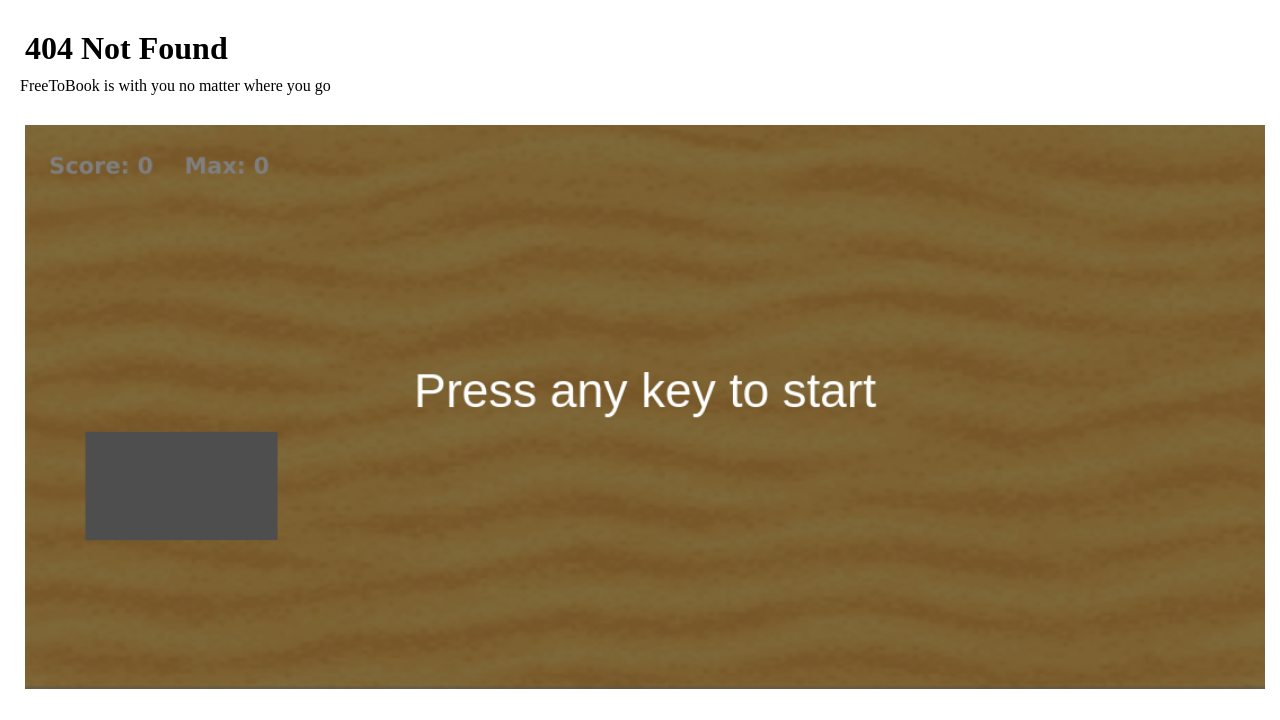
Repository: btgoo/game
Page: car.html
These files come from the project's save history. The page is drawn as it stood at one moment and after a run of saves; the edit follows.
The browser window is 1280 px wide. The pictures show the whole page.

Above is the page before, as saved 2025-10-26 03:08:45.

### car.html
<!DOCTYPE html>
<script src="carscript.js" defer type="module"></script>
<link rel="stylesheet" href="car_style.css">
<html lang="en">
<head>
    <meta charset="UTF-8">
    <meta http-equiv="X-UA-Compatible" content="IE=edge" />
    <meta name="viewport" content="width=device-width, initial-scale=1.0">
    <title>CarGo</title>
</head>
<body>
    <h1>404 Not Found</h1>
    FreeToBook is with you no matter where you go
    <p id="demo"></p>
    <canvas id="game">
    </canvas>
</body>
 </html>

### carscript.js
const canvas = document.getElementById("game");
const ctx = canvas.getContext("2d");

const GAME_WIDTH = 1200;
const GAME_HEIGHT = 600;
const PLAYER_WIDTH = 160;
const PLAYER_HEIGHT = 90;
const CACTI_WIDTH = 78;
const CACTI_Height = 90;

const NUM_LANES = 5;

const obstacleData = [
    {src: "./assets/car_images/cactus_1.png", width:CACTI_WIDTH, height:CACTI_WIDTH},
    {src: "./assets/car_images/cactus_2.png", width:CACTI_WIDTH, height:CACTI_Height},
    {src: "./assets/car_images/cactus_3.png", width:CACTI_WIDTH, height:CACTI_Height},
    {src: "./assets/car_images/cactus_1.png", width:CACTI_WIDTH, height:CACTI_WIDTH},
    {src: "./assets/car_images/cactus_2.png", width:CACTI_WIDTH, height:CACTI_Height},
    {src: "./assets/car_images/cactus_3.png", width:CACTI_WIDTH, height:CACTI_Height},
    {src: "./assets/car_images/tumbleweed.png", width:CACTI_WIDTH, height:CACTI_WIDTH},
    {src: "./assets/car_images/red_car.png", width:PLAYER_WIDTH, height:PLAYER_HEIGHT},
    {src: "./assets/car_images/green_car.png", width:PLAYER_WIDTH, height:PLAYER_HEIGHT},
];

let obstacleImgs = [];
obstacleData.forEach(data => {
    const img = new Image();
    img.src = data.src;
    img.width = data.width;
    img.height = data.height;
    obstacleImgs.push(img);
});

const explosionImg = new Image();
explosionImg.src = "./assets/car_images/explosion_sprite.png";

let explosions = [];

let scaleRatio = null;
let backgroundX = 0;
let gameSpeed = 3;
let speedIncreaseRate = 0.0001;

let gameRunning = false;
let gameOver = false;

let score = 0;
let maxScore = 0;

let car = {
    x: GAME_WIDTH / 24,
    width: PLAYER_WIDTH,
    height: PLAYER_HEIGHT,
    lane: 2,
};

let obstacles = [];
let obstacleTimer = 0;
let obstacleInterval = 80;
let lanes = [];

function setupLanes() {
    const laneHeight = GAME_HEIGHT / NUM_LANES;
    lanes = [];
    for (let i = 0; i < NUM_LANES; i++) {
        lanes.push(laneHeight * i + (laneHeight - car.height) / 2);
    }
    car.y = lanes[car.lane];
}

function getScaleRatio() {
    const screenHeight = Math.min(window.innerHeight, document.documentElement.clientHeight);
    const screenWidth = Math.min(window.innerWidth, document.documentElement.clientWidth);

    if (screenWidth / screenHeight < GAME_WIDTH / GAME_HEIGHT) {
        return screenWidth / GAME_WIDTH;
    } else {
        return screenHeight / GAME_HEIGHT;
    }
}

function setScreen() {
    scaleRatio = getScaleRatio();
    if ((GAME_WIDTH*scaleRatio) < GAME_WIDTH && (GAME_HEIGHT*scaleRatio) < GAME_HEIGHT){
        canvas.width = GAME_WIDTH * scaleRatio;
        canvas.height = GAME_HEIGHT * scaleRatio;
        } else {
        canvas.width = GAME_WIDTH-100;
        canvas.height = GAME_HEIGHT-100;
    }
  setupLanes();
}

setScreen();
window.addEventListener("resize", () => {
    setScreen();
    drawScene();
});

const backgroundImg = new Image();
backgroundImg.src = "./assets/car_images/background.png";

const carImg = new Image();
carImg.src = "./assets/car_images/blue_car.png";

backgroundImg.onload = requestAnimationFrame(gameLoop);
carImg.onload = () => requestAnimationFrame(gameLoop);

backgroundImg.onload = drawStartScreen;
carImg.onload = drawStartScreen;


function drawStartScreen() {
    drawScene();
    ctx.fillStyle = "rgba(0, 0, 0, 0.5)";
    ctx.fillRect(0, 0, canvas.width, canvas.height);

    ctx.fillStyle = "white";
    ctx.font = `${40 * scaleRatio}px Arial`;
    ctx.textAlign = "center";
    ctx.fillText("Press any key to start", canvas.width / 2, canvas.height / 2);
}

function drawScene() {
    ctx.clearRect(0, 0, canvas.width, canvas.height);

    const bgWidth = canvas.width;
    const bgHeight = canvas.height;
    let bgX = -backgroundX * scaleRatio;

    ctx.drawImage(backgroundImg, bgX, 0, bgWidth, bgHeight);
    ctx.drawImage(backgroundImg, bgX + bgWidth, 0, bgWidth, bgHeight);

    ctx.fillStyle = "white";
    ctx.font = `bold ${20}px Verdana`;
    ctx.textAlign = "left";
    ctx.fillText(`Score: ${score}    Max: ${maxScore}`, 20 * scaleRatio, 40 * scaleRatio);

    if (backgroundX * scaleRatio >= bgWidth) backgroundX = 0;

    obstacles.forEach((ob) => {
        ctx.drawImage(
        ob.img,
        ob.x * scaleRatio,
        ob.y * scaleRatio,
        ob.width * scaleRatio,
        ob.height * scaleRatio
        );
    });

    if (!gameOver) {
        ctx.drawImage(
            carImg,
            car.x * scaleRatio,
            car.y * scaleRatio,
            car.width * scaleRatio,
            car.height * scaleRatio
        );
    }
    explosions.forEach((ex, i) => {
        const frameWidth = explosionImg.width / ex.maxFrames;
        const frameHeight = explosionImg.height;

        ctx.drawImage(
            explosionImg,
            frameWidth * ex.frame,
            0,
            frameWidth,
            frameHeight,
            ex.x * scaleRatio,
            ex.y * scaleRatio,
            ex.width * scaleRatio,
            ex.height * scaleRatio
        );

        ex.tick++;
        if (ex.tick % ex.frameSpeed === 0) {
            ex.frame++;
        }
        if (ex.frame >= ex.maxFrames) {
            explosions.splice(i, 1);
        }
    });
    if (gameOver) {
        ctx.fillStyle = "rgba(0, 0, 0, 0.6)";
        ctx.fillRect(0, 0, canvas.width, canvas.height);
        ctx.fillStyle = "white";
        ctx.font = `${60 * scaleRatio}px Arial Black`;
        ctx.textAlign = "center";
        ctx.fillText("GAME OVER", canvas.width / 2, canvas.height / 2);
        ctx.font = `${30 * scaleRatio}px Arial`;
        ctx.fillText("Press any key to restart", canvas.width / 2, canvas.height / 2 + 60 * scaleRatio);
    }
}

function gameLoop() {
    if (gameRunning && !gameOver) {
        backgroundX += gameSpeed;

        obstacleTimer++;
        if (obstacleTimer > obstacleInterval) {
            spawnObstacle();
            obstacleTimer = 0;
            obstacleInterval = 100 + Math.random() * 10;
        }

        obstacles.forEach((ob) => {
            ob.x -= gameSpeed;

            if (!ob.counted && ob.x + ob.width < car.x) {
                score++;
                ob.counted = true;

                if (score > maxScore) {
                    maxScore = score;
                }
            }
        });

        obstacles = obstacles.filter((ob) => ob.x + ob.width > 0);

        checkCollisions();

        gameSpeed += speedIncreaseRate;

        drawScene();
    }
    requestAnimationFrame(gameLoop);
}
requestAnimationFrame(gameLoop);

function checkCollisions() {
    obstacles.forEach((ob, index) => {
      const carLeft = car.x;
      const carRight = car.x + car.width;
      const carTop = car.y;
      const carBottom = car.y + car.height;

      const obLeft = ob.x;
      const obRight = ob.x + ob.width-10;
      const obTop = ob.y;
      const obBottom = ob.y + ob.height;

      const horizontalOverlap = carLeft < obRight && carRight > obLeft;
      const verticalOverlap = carTop < obBottom && carBottom > obTop;

      if (horizontalOverlap && verticalOverlap) {
        spawnExplosion(car.x, car.y, car.width, car.height);
        setTimeout(setGameOver, 100);
      }
    });
}

function setGameOver(){
    gameRunning = false;
    gameOver = true
    drawScene();
}

function spawnObstacle() {
    const lane = Math.floor(Math.random() * NUM_LANES);
    const imgIndex = Math.floor(Math.random() * obstacleImgs.length);
    const chosenImg = obstacleImgs[imgIndex];

    const newObstacle = {
        x: GAME_WIDTH + 50,
        y: lanes[lane],
        width: chosenImg.width,
        height: chosenImg.height,
        lane: lane,
        img: chosenImg
    };
    obstacles.push(newObstacle);
}

function spawnExplosion(x, y, width, height) {
    explosions.push({
        x: x,
        y: y,
        width: width,
        height: height,
        frame: 0,
        maxFrames: 15,
        frameSpeed: 3,
        tick: 0
    });
}

window.addEventListener("keydown", (e) => {
    if (!gameRunning && !gameOver) {
      // start
      gameRunning = true;
        obstacles = [];
        explosions = [];
        backgroundX = 0;
        gameSpeed = 3;
        score = 0;
        drawScene();
    } else if (gameOver) {
      // restart
        gameOver = false;
        gameRunning = true;
        backgroundX = 0;
        obstacles = [];
        explosions = [];
        gameSpeed = 3;
        score = 0;
    } else {
      // move car if running
      if (e.key === "ArrowUp" && car.lane > 0) {
        car.lane--;
      } else if (e.key === "ArrowDown" && car.lane < NUM_LANES - 1) {
        car.lane++;
      }
      car.y = lanes[car.lane];
    }
});

### car_style.css
* {
    padding: 5px;
    padding-top: 10px;
    padding-bottom: 10px;
    margin: 0px;
}
body{
    padding-left: 15px;
    display:flex;
    flex-direction: column;
    height: 90vh;

    /* user-select: none;
    touch-action: none;
    -webkit-touch-callout: none;
    -webkit-user-select: none;
    -khtml-user-select: none;
    -moz-user-select: none;
    -ms-user-select: none;
    user-select: none;
    outline: none;
    -webkit-tap-highlight-color: rgba(255, 255, 255, 0); */
}

After the next 2 saves:
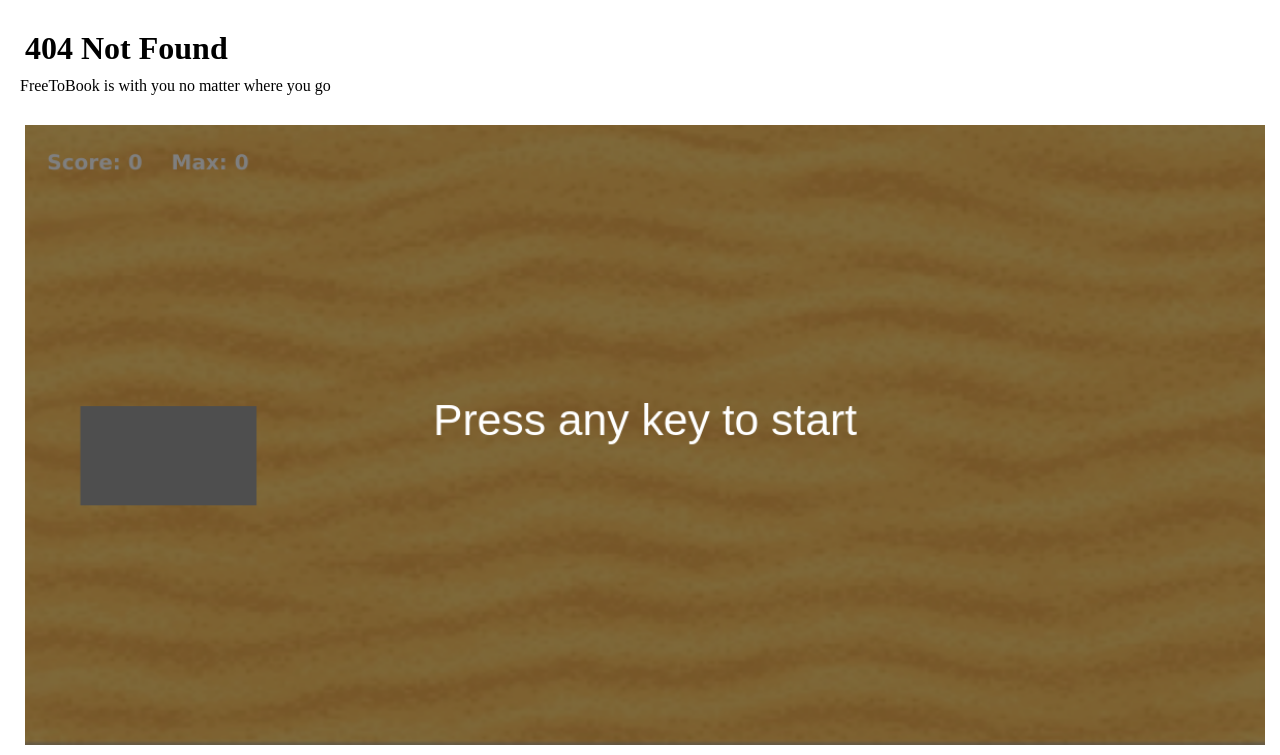
The 2 saves are shown as one change because they came seconds apart.
The last was saved 2 min 29 s later.
--- a/carscript.js
+++ b/carscript.js
@@ -85,8 +85,8 @@ function setScreen() {
         canvas.width = GAME_WIDTH * scaleRatio;
         canvas.height = GAME_HEIGHT * scaleRatio;
         } else {
-        canvas.width = GAME_WIDTH-100;
-        canvas.height = GAME_HEIGHT-100;
+        canvas.width = GAME_WIDTH;
+        canvas.height = GAME_HEIGHT;
     }
   setupLanes();
 }
